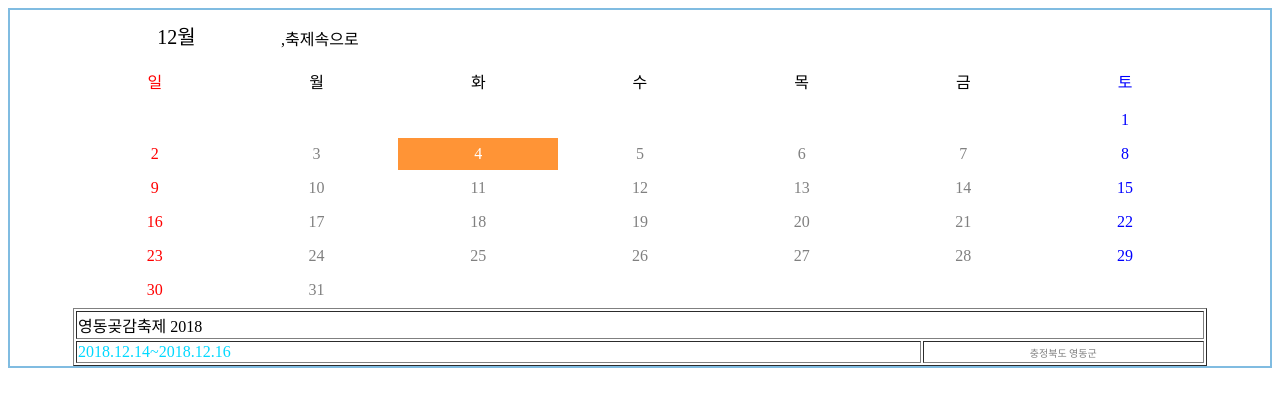
Repository: jih3508/Webproject_Rest
Page: http://localhost/comma1004/include/sideCalendar.jsp
An editor plug-in stored every save of this project. The page is shown before and after the next save, followed by the edit.
The browser window is 1280 px wide. The pictures show the whole page.
The page is served by Tomcat 9. Nobody is signed in. The application's start-up code is not run. Other server files are loaded and not shown.

Above is the page before, as saved 2018-12-04 11:46:55.

### comma1004/src/main/webapp/include/sideCalendar.jsp
<%@ page language="java" contentType="text/html; charset=UTF-8"
    pageEncoding="UTF-8"%>
    <%@ page import="java.util.Calendar" %>
 <%
 Calendar cal = Calendar.getInstance();

 int y = 0;
 int m = 0;
 int day =0; //오늘 날짜 출력

	 y = cal.get(Calendar.YEAR);
	 m = cal.get(Calendar.MONTH);
	 day = cal.get(Calendar.DATE);

 cal.set(y,m,1);  // 출력 월의  1일날로 세팅 ( 1일날의 요일을 얻기 위해)

 int dayOfWeek = cal.get(Calendar.DAY_OF_WEEK);       // 1일날의 요일
 int lastDay = cal.getActualMaximum(Calendar.DATE);   // 마지막 날짜
%>

<!DOCTYPE html PUBLIC "-//W3C//DTD HTML 4.01 Transitional//EN" "http://www.w3.org/TR/html4/loose.dtd">
<html>
<head>
<meta http-equiv="Content-Type" content="text/html; charset=UTF-8">
<title>Insert title here</title>
</head>
<body>
<style>
	.calendar{
		overflow:hidden;
		border:2px solid #80BCE1;
		text-align:center;
	}
	.calendar table{
		width:90%;
	}
</style>
<div>
<div class="calendar" >
   <table border="0" align="center" style="margin-top:8px;" >
   <colgroup>
			<col width="18%"/>
			<col width="82%"/>

	</colgroup>
   <tr>
   	   	<td style="font-size:20px; witdh:5%;"><%=m+1 %>월</td><td style="vertical-align:bottom; text-align:left; "> ,축제속으로</td>
   </tr>
   </table>
<table border="0" align="center" width="10%;" height="250px" style="margin-top:5px;">
<tr>
<td style="color:red; ">일</td><td>월</td><td>화</td><td>수</td><td>목</td><td>금</td><td style="color:blue; ">토</td>
</tr>
<%
 for(int i=1; i<dayOfWeek; i++) {
 %>
       <td></td>
 <%
 }
 for(int d=1; d<=lastDay; d++) {

	 if(dayOfWeek%7 == 0)  {
		 if(d == day){
			%>
			<td style="background-color:#FF9436; color:blue;"><%=d %> </td>
			<%
		 }
		 else{

			 out.print("<td><font color=blue>"+d+"</font></td>");

		 }
	 } else if(dayOfWeek%7 == 1) {
		 if(d==day){
		%>
		<td style="background-color:#FF9436; color:blue;"><%=d %></td>
		<%
		 }
		 else{
		 out.print("<td><font color=red>"+d+"</font></td>");
		 }
	} else {
		if(d == day){
		%>
		<td style="background-color:#FF9436; color:#FFFFFF;"><%=d %></td>
		<%
		}
		else
		{
 	%>
          <td style="color:gray;"><%=d %> </td>
   <%
		}
	 }

	 if(dayOfWeek%7 == 0) {
   %>
    </t><tr>
   <%
     }
     dayOfWeek++;
 }
 %>

    </tr>
</table>
<table align="center" border="1">
	<colgroup>
		<col width="75%"/>
		<col width="25%"/>
	</colgroup>
	<tr>
		<td colspan="2" align="left">영동곶감축제 2018</td>
	</tr>
	<tr>
		<td style="color:#00D8FF; text-align:left; ">2018.12.14~2018.12.16</td><td style="color:gray; font-size:10px; ">충정북도 영동군</td>
	</tr>
</table>
</div>
</div>
</body>
</html>

After the next save:
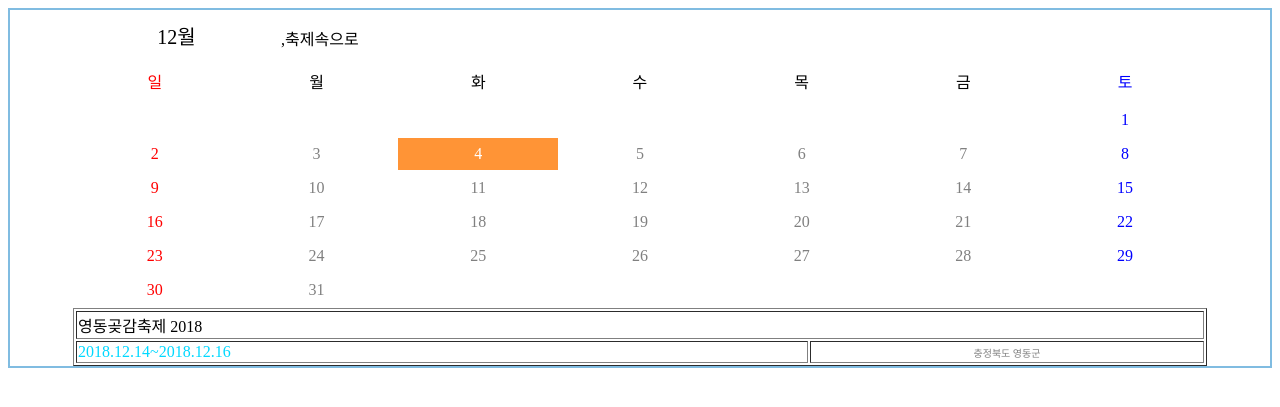
Saved 19 s later.
--- a/comma1004/src/main/webapp/include/sideCalendar.jsp
+++ b/comma1004/src/main/webapp/include/sideCalendar.jsp
@@ -106,8 +106,8 @@
 </table>
 <table align="center" border="1">
 	<colgroup>
-		<col width="75%"/>
-		<col width="25%"/>
+		<col width="65%"/>
+		<col width="35%"/>
 	</colgroup>
 	<tr>
 		<td colspan="2" align="left">영동곶감축제 2018</td>
